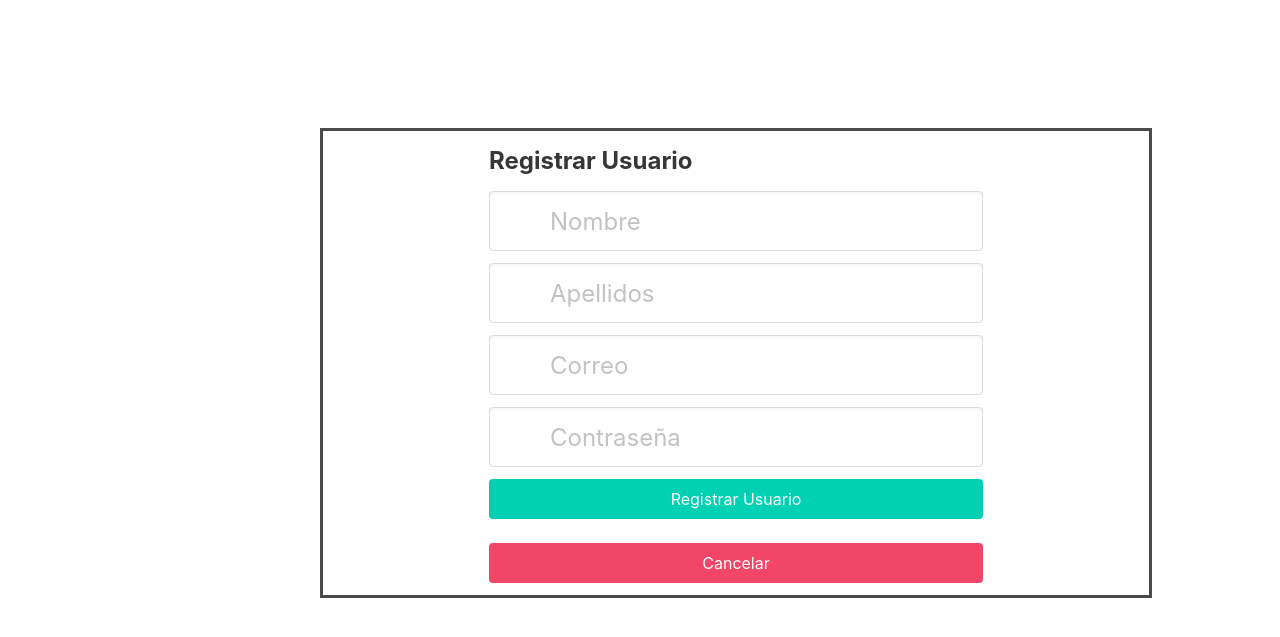
Repository: Spawnbig/ProyectoEspTec1
Page: /
The author's editor kept a copy of each file at every save. The page is drawn from the files as they stood at one save, then again after the next save.
The browser window is 1280 px wide. The pictures show the whole page.
The project was rebuilt for these pictures with package versions that can differ from the ones it lists, and the page was loaded fresh each time. Also part of the build but not shown: vite.config.js, src/views/Dashboard.vue.

Above is the page before, as saved 2022-07-08 22:05:55.

After the next save:
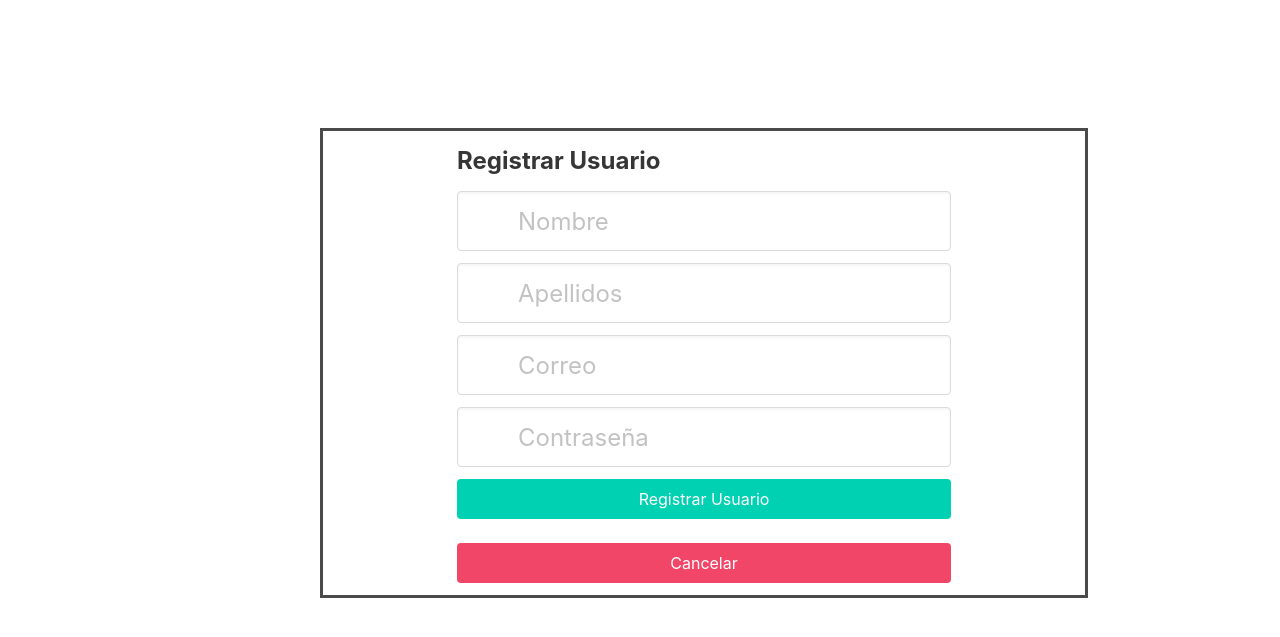
Saved 8 s later.
--- a/src/components/CrearUsuario.vue
+++ b/src/components/CrearUsuario.vue
@@ -71,7 +71,7 @@
 <style scoped>
 #Cuerpo{
   margin-top: 10%;
-  margin-right: 10%;
+  margin-right: 15%;
    display: grid;
   place-content: center;
   border-style: solid;
